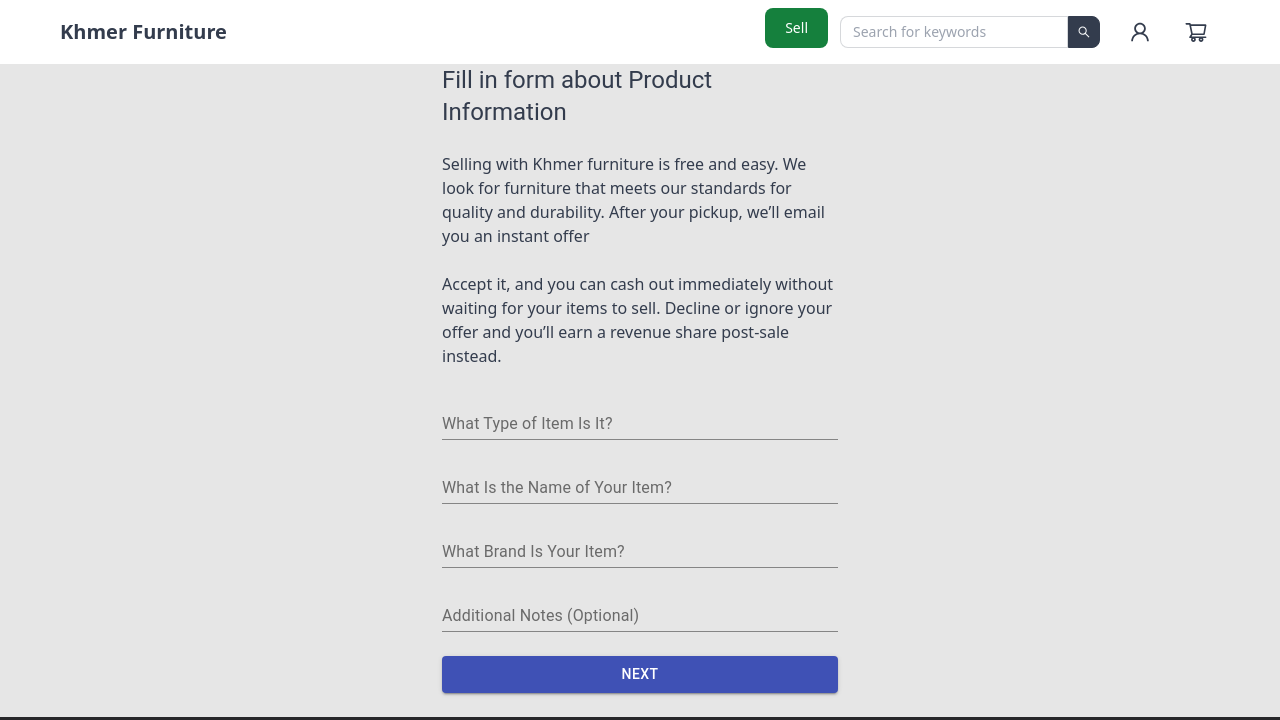
Repository: PlayerNguyen/dotot-shop
Page: /sell (app in client/)
These files come from the project's save history. The page is drawn as it stood at one moment and after the next save; the edit follows.
The browser window is 1280 px wide. The pictures show the whole page.
An inner scrolling area shows only its first screen. The project was rebuilt for these pictures with package versions that can differ from the ones it lists, and the page was loaded fresh each time. Also part of the build but not shown: client/src/components/NoMatch/NoMatch.jsx, client/src/components/Sell/UserDetails.js, client/src/components/Sell/Confirmation.js, client/src/components/Sell/Success.js.

Above is the page before, as saved 2022-12-08 12:41:35.

After the next save:
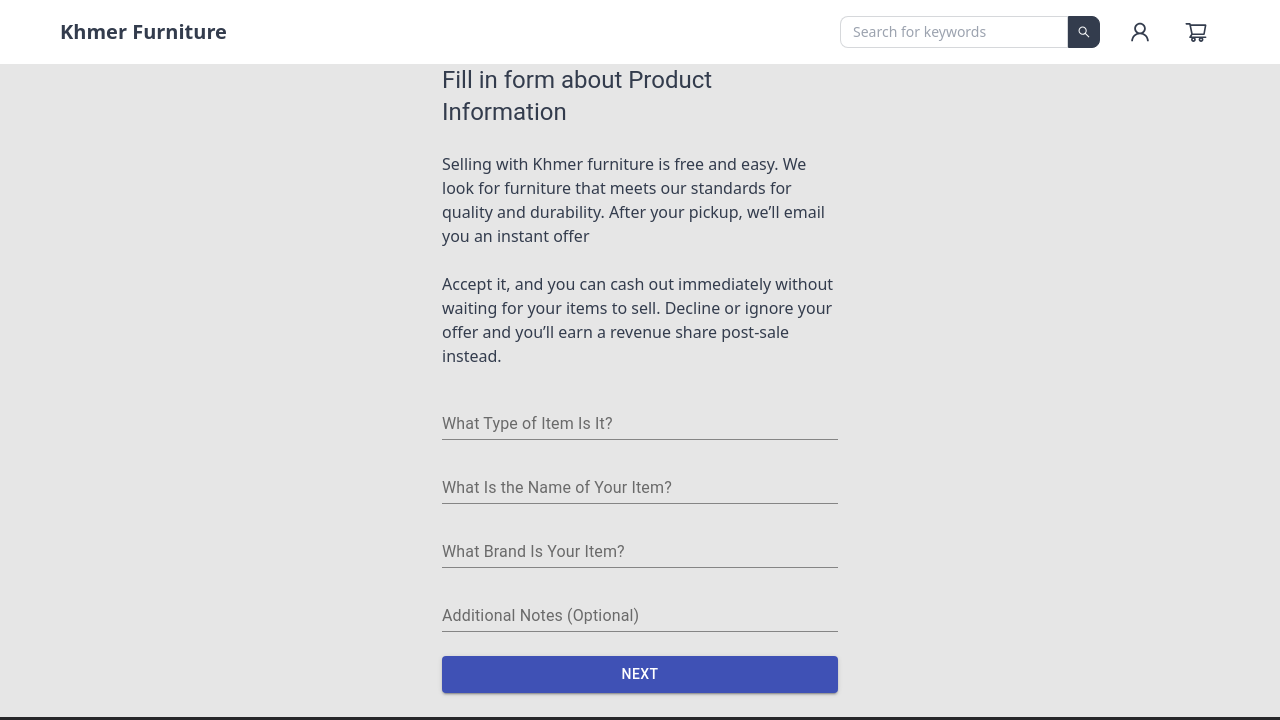
Saved 4 s later.
--- a/client/src/components/Navbar/Navbar.jsx
+++ b/client/src/components/Navbar/Navbar.jsx
@@ -35,7 +35,7 @@ export default function Navbar() {
       {/* Wide screen  */}
       <div className="hidden lg:flex flex-row gap-1 text-2xl">
       <Link to="/sell">
-          <h1 className="focus:outline-none text-white bg-green-700 hover:bg-lightgreen-800 focus:ring-4 focus:ring-green-300 font-medium rounded-lg text-sm px-5 py-2.5 mr-2 mb-2 dark:bg-green-600 dark:hover:bg-green-700 dark:focus:ring-green-800 ">Sell </h1>
+          <h1 className="focus:outline-none text-white bg-lightgreen-700 hover:bg-lightgreen-800 focus:ring-4 focus:ring-green-300 font-medium rounded-lg text-sm px-5 py-2.5 mr-2 mb-2 dark:bg-green-600 dark:hover:bg-green-700 dark:focus:ring-green-800 ">Sell </h1>
           <span></span>
         </Link>
         {/* Search group */}
